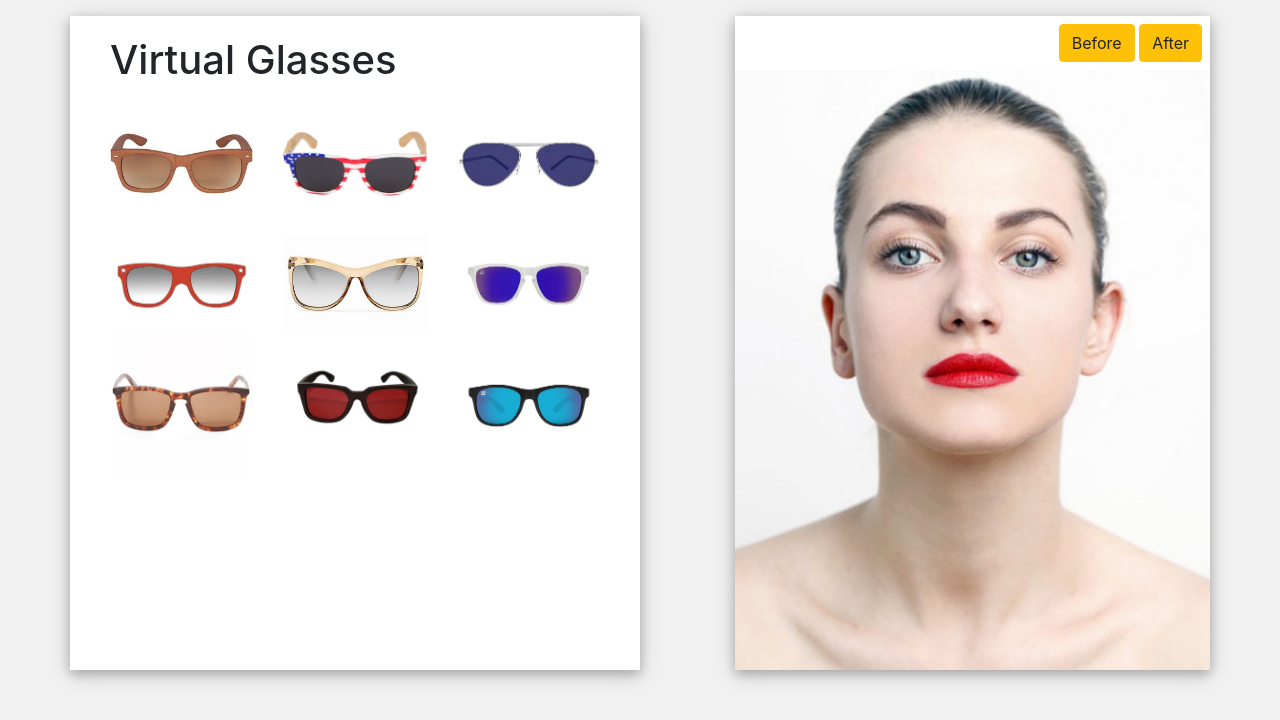
Repository: Khoi300399/BC35E_ES6_B2_MaThanhKhoi
Page: index.html
An editor plug-in stored every save of this project. The page is shown before and after the next save, followed by the edit.
The browser window is 1280 px wide. The pictures show the whole page.

Above is the page before, as saved 2022-10-21 23:07:23.

After the next save:
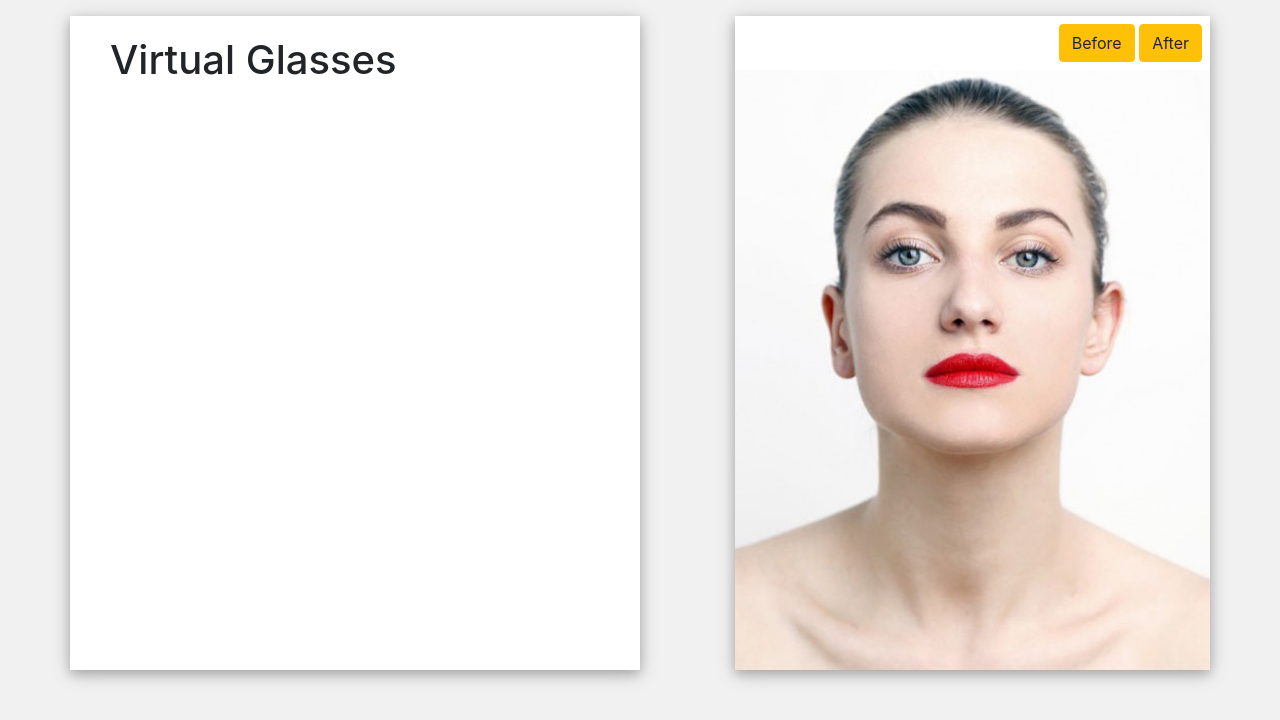
Console error: SyntaxError: Invalid or unexpected token
Saved 30 s later.
--- a/js/main.js
+++ b/js/main.js
@@ -115,13 +115,13 @@
     <img src="${value}" alt="" />
     `;
   document.querySelector("#avatar").innerHTML = contentHTML;
-  document.querySelector("#avatar img").style.opacity = "block";
+  document.querySelector("#avatar img").style.opacity = "1";
 };
 
 let removeGlasses = (isBoolean) => {
   console.log(isBoolean);
   if (isBoolean) {
-    document.querySelector("#avatar img").style.opacity = "block";
+    document.querySelector("#avatar img").style.opacity = "1;
   }
-  document.querySelector("#avatar img").style.opacity = "none";
+  document.querySelector("#avatar img").style.opacity = "0";
 };

After the save that followed:
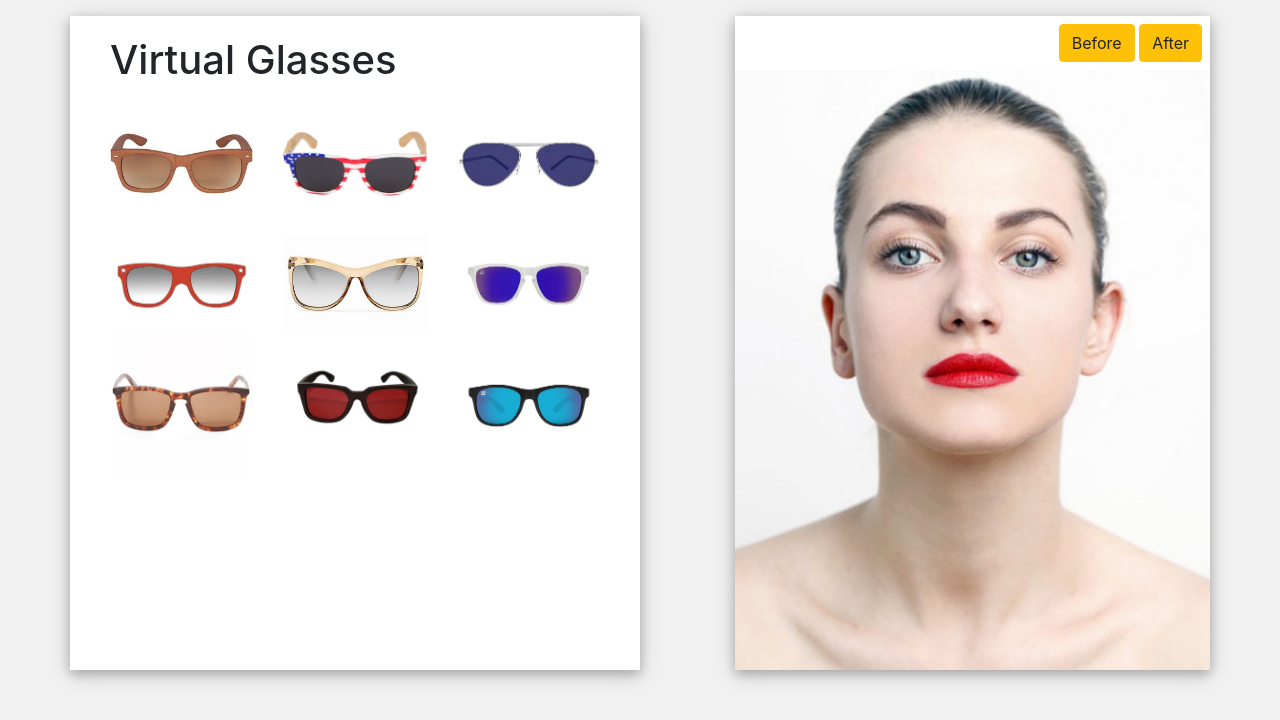
The error is gone.
Saved 34 s later.
--- a/js/main.js
+++ b/js/main.js
@@ -115,13 +115,13 @@
     <img src="${value}" alt="" />
     `;
   document.querySelector("#avatar").innerHTML = contentHTML;
-  document.querySelector("#avatar img").style.opacity = "1";
+  document.querySelector("#avatar img").style.opacity = 1;
 };
 
 let removeGlasses = (isBoolean) => {
   console.log(isBoolean);
   if (isBoolean) {
-    document.querySelector("#avatar img").style.opacity = "1;
+    document.querySelector("#avatar img").style.opacity = 1;
   }
-  document.querySelector("#avatar img").style.opacity = "0";
+  document.querySelector("#avatar img").style.opacity = 0;
 };
